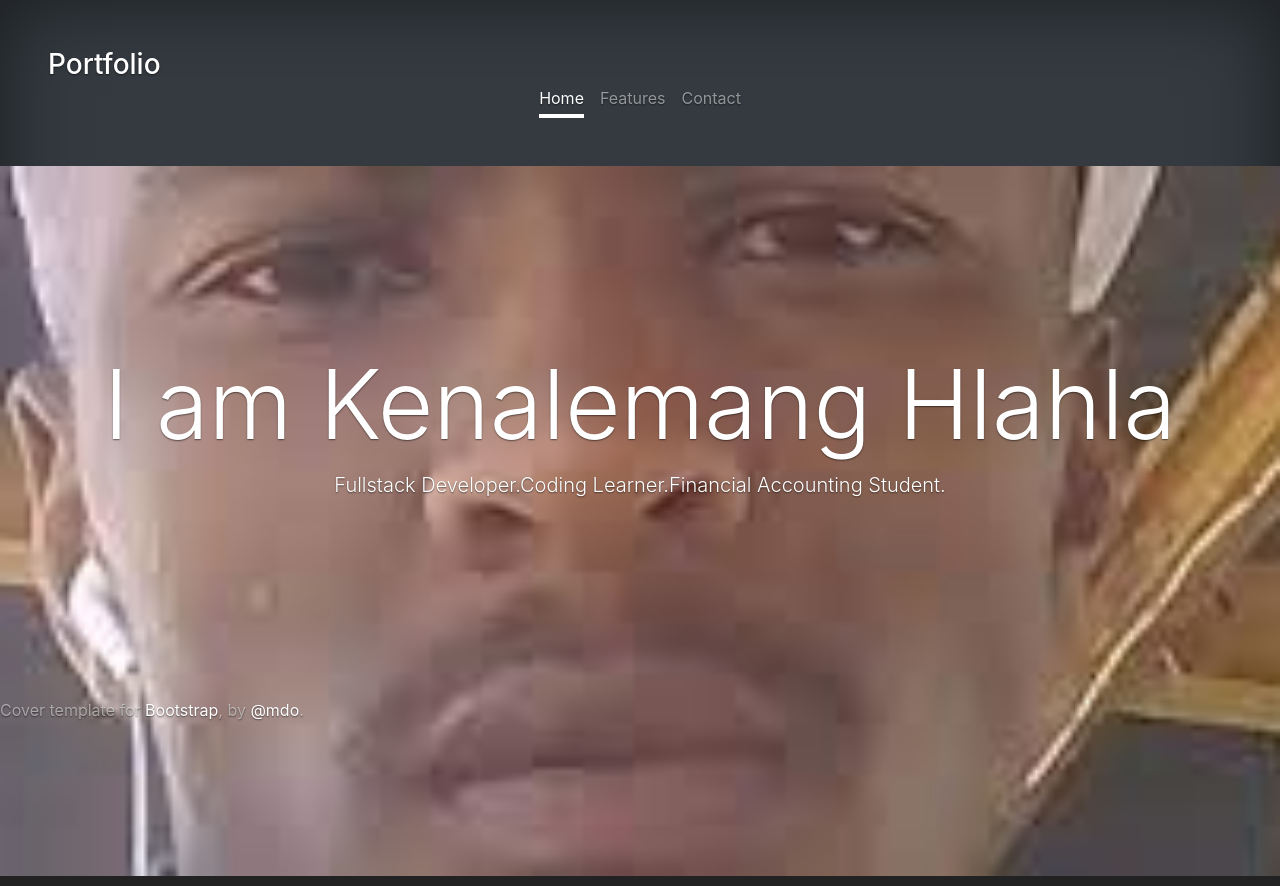
Repository: Shlahla48/zaio-bootstrap-portfolio
Page: index.html
The author's editor kept a copy of each file at every save. The page is drawn from the files as they stood at one save, then again after the next save.
The browser window is 1280 px wide. The pictures show the whole page.

Above is the page before, as saved 2022-10-10 17:28:18.

### index.html
<!doctype html>
<html lang="en" class="h-100">
  <head>
    <meta charset="utf-8">
    <meta name="viewport" content="width=device-width, initial-scale=1">
    <meta name="description" content="">
    <meta name="author" content="Mark Otto, Jacob Thornton, and Bootstrap contributors">
    <meta name="generator" content="Hugo 0.104.2">
    <title>Portfolio | Kenalemang Solomon Hlahla</title>

    <link rel="canonical" href="https://getbootstrap.com/docs/5.2/examples/cover/">





    <link rel="stylesheet" href="https://cdn.jsdelivr.net/npm/bootstrap@4.6.2/dist/css/bootstrap.min.css" integrity="sha384-xOolHFLEh07PJGoPkLv1IbcEPTNtaed2xpHsD9ESMhqIYd0nLMwNLD69Npy4HI+N" crossorigin="anonymous">
    <style>
      .bd-placeholder-img {
        font-size: 1.125rem;
        text-anchor: middle;
        -webkit-user-select: none;
        -moz-user-select: none;
        user-select: none;
      }

      @media (min-width: 768px) {
        .bd-placeholder-img-lg {
          font-size: 3.5rem;
        }
      }

      .b-example-divider {
        height: 3rem;
        background-color: rgba(0, 0, 0, .1);
        border: solid rgba(0, 0, 0, .15);
        border-width: 1px 0;
        box-shadow: inset 0 .5em 1.5em rgba(0, 0, 0, .1), inset 0 .125em .5em rgba(0, 0, 0, .15);
      }

      .b-example-vr {
        flex-shrink: 0;
        width: 1.5rem;
        height: 100vh;
      }

      .bi {
        vertical-align: -.125em;
        fill: currentColor;
      }

      .nav-scroller {
        position: relative;
        z-index: 2;
        height: 2.75rem;
        overflow-y: hidden;
      }

      .nav-scroller .nav {
        display: flex;
        flex-wrap: nowrap;
        padding-bottom: 1rem;
        margin-top: -1px;
        overflow-x: auto;
        text-align: center;
        white-space: nowrap;
        -webkit-overflow-scrolling: touch;
      }
    </style>


    <!-- Custom styles for this template -->
    <link href="style.css" rel="stylesheet">
  </head>
  <body class="bg-dark">


  <header class="p-5 text-white">
    <div>
      <h3 class="float-md-start mb-0">Portfolio</h3>
      <nav class="nav nav-masthead justify-content-center float-md-end">
        <a class="nav-link fw-bold py-1 px-0 active" aria-current="page" href="#">Home</a>
        <a class="nav-link fw-bold py-1 px-0" href="#">Features</a>
        <a class="nav-link fw-bold py-1 px-0" href="#">Contact</a>
      </nav>
    </div>
  </header>
  <div class="banner-wrap vh-100 vw-100 text-white">
  <main class="d-flex flex-column align-items-center justify-content-center h-75 text-center">
    <h1 class="display-1">I am Kenalemang Hlahla</h1>
    <p class="lead" >Fullstack Developer.Coding Learner.Financial Accounting Student.</p>
  </main>

  <footer class="mt-auto text-white-50">
    <p>Cover template for <a href="https://getbootstrap.com/" class="text-white">Bootstrap</a>, by <a href="https://twitter.com/mdo" class="text-white">@mdo</a>.</p>
  </footer>
</div>



  </body>
</html>

### style.css
/*
 * Globals
 */


/* Custom default button */
.btn-secondary,
.btn-secondary:hover,
.btn-secondary:focus {
  color: #333;
  text-shadow: none; /* Prevent inheritance from `body` */
}


/*
 * Base structure
 */

body {
  text-shadow: 0 .05rem .1rem rgba(0, 0, 0, .5);
  box-shadow: inset 0 0 5rem rgba(0, 0, 0, .5);
}



.cover-container {
  max-width: 42em;
}


/*
 * Header
 */

 .banner-wrap {
  background-image: url(./assets/bannerimage.jfif);
  background-size: cover;
  background-repeat: no-repeat;
  background-position: center;
  border-bottom: 10px solid #222222;
  position: relative;
z-index: 1;
}
.overlay {
 z-index: -1;
  height: 100%;
  width: 100%;
  background: black;
  opacity: 60%;
  position: absolute;
  top: 0;
}

.nav-masthead .nav-link {
  color: rgba(255, 255, 255, .5);
  border-bottom: .25rem solid transparent;
}

.nav-masthead .nav-link:hover,
.nav-masthead .nav-link:focus {
  border-bottom-color: rgba(255, 255, 255, .25);
}

.nav-masthead .nav-link + .nav-link {
  margin-left: 1rem;
}

.nav-masthead .active {
  color: #fff;
  border-bottom-color: #fff;
}

After the next save:
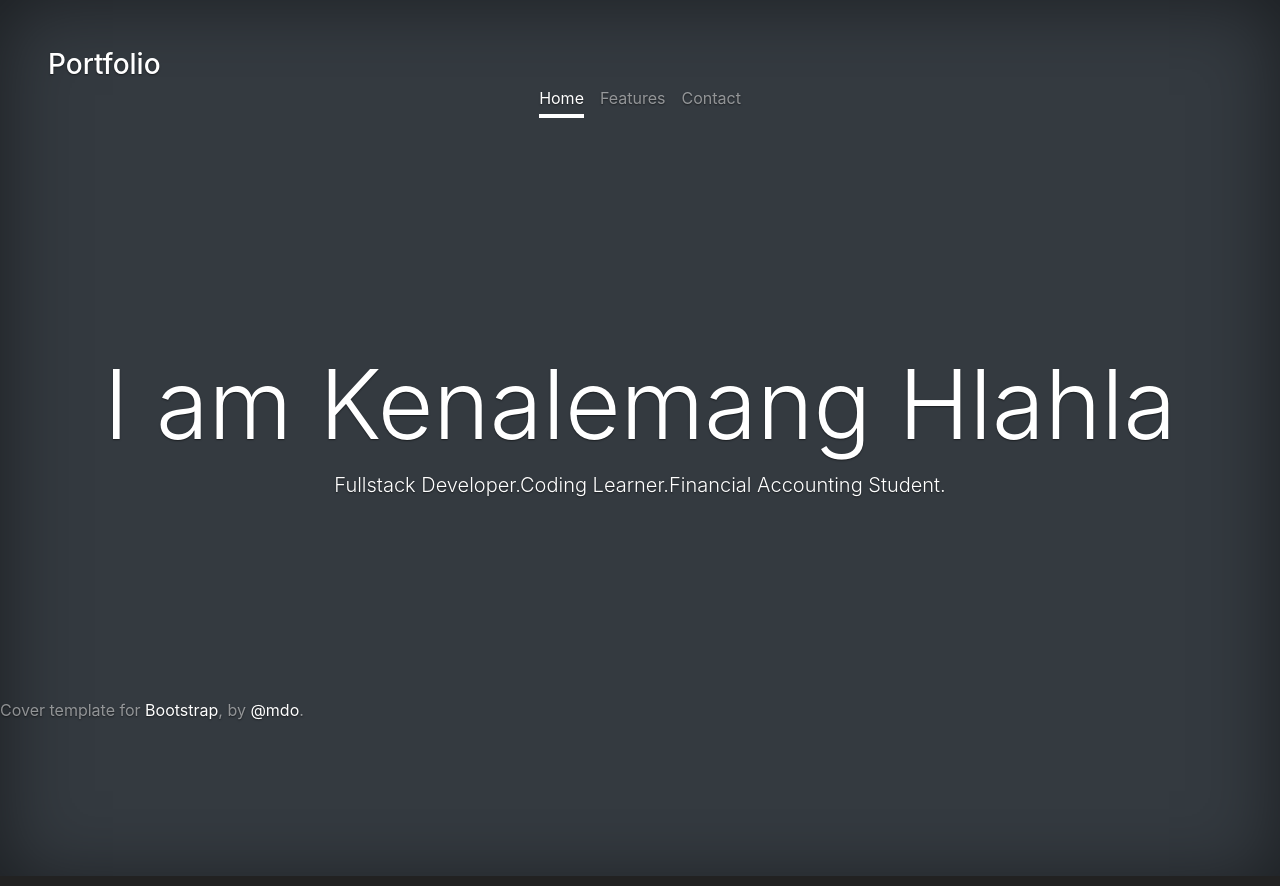
Not found: assets/bgimage.png
Saved 51 s later.
--- a/style.css
+++ b/style.css
@@ -33,7 +33,7 @@ body {
  */
 
  .banner-wrap {
-  background-image: url(./assets/bannerimage.jfif);
+  background-image: url(./assets/bgimage.png);
   background-size: cover;
   background-repeat: no-repeat;
   background-position: center;
